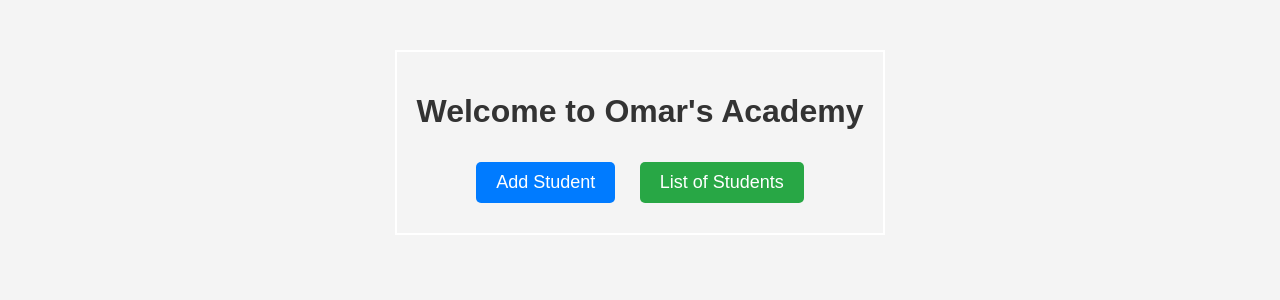
Repository: OmarFaruq97/JspServlet
Page: http://localhost/Form/
The author's editor kept a copy of each file at every save. The page is drawn from the files as they stood at one save, then again after the next save.
The browser window is 1280 px wide. The pictures show the whole page.
The page is served by Tomcat 9. Other server files are loaded and not shown.

Above is the page before, as saved 2025-02-07 10:00:21.

### Form/src/main/webapp/index.jsp
<%@ page language="java" contentType="text/html; charset=UTF-8"  pageEncoding="UTF-8"%>
<!DOCTYPE html>
<html lang="en">
<head>
<meta charset="UTF-8">
<title>Home Page</title>
    <style >
    	body {
    font-family: Arial, sans-serif;
    text-align: center;
    background-color: #f4f4f4;
    margin: 0;
    padding: 0;
}

.container {
    margin-top: 50px;
    border: 2px solid white;
    padding: 20px;
    display: inline-block;
}

h1 {
    color: #333;
}

.buttons {
    margin-top: 20px;
}

.buttons a {
    display: inline-block;
    padding: 10px 20px;
    text-decoration: none;
    font-size: 18px;
    border-radius: 5px;
    margin: 10px;
    color: white;
}

.blue-btn {
    background-color: #007BFF;
}

.green-btn {
    background-color: #28A745;
}

.yellow-btn {
    background-color: #FFC107;
}

    </style>
</head>
<body>
    <div class="container">
        <h1>Welcome to Omar's  Academy</h1>
        <div class="buttons">
            <a class="blue-btn" href="pages/add-student.jsp">Add Student</a>
            <a class="green-btn" href="pages/list-students.jsp">List of Students</a>
            <!-- <a class="yellow-btn" href="pages/update-student.jsp">Update Student</a> -->
        </div>
    </div>
</body>
</html>

After the next save:
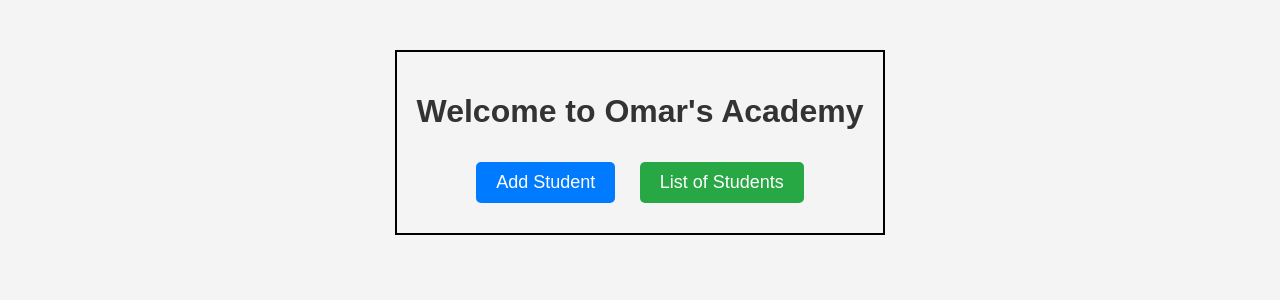
Saved 24 s later.
--- a/Form/src/main/webapp/index.jsp
+++ b/Form/src/main/webapp/index.jsp
@@ -15,7 +15,7 @@
 
 .container {
     margin-top: 50px;
-    border: 2px solid white;
+    border: 2px solid black;
     padding: 20px;
     display: inline-block;
 }
